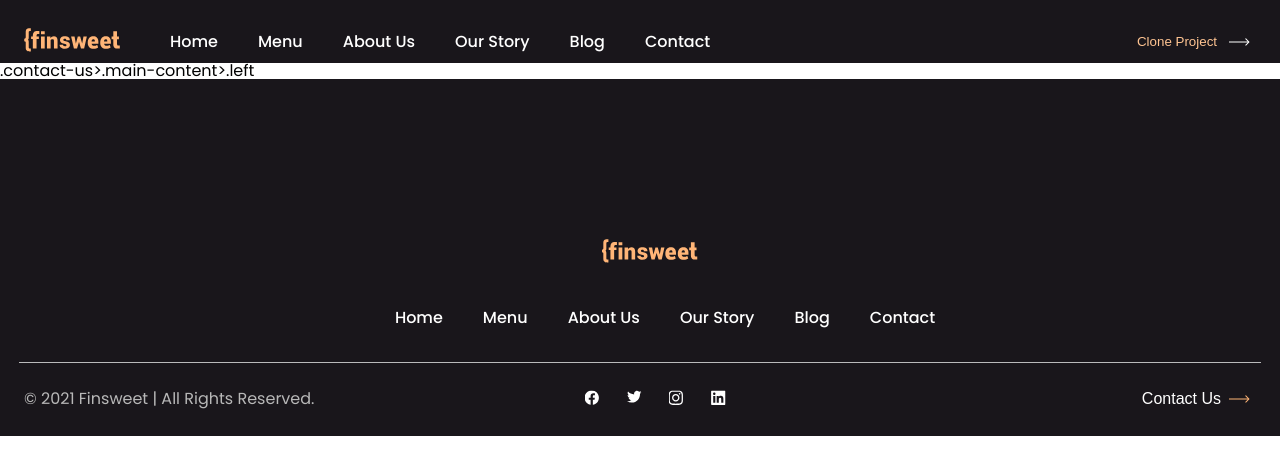
Repository: Minns-Cao/project-finsweet
Page: contact.html
The author's editor kept a copy of each file at every save. The page is drawn from the files as they stood at one save, then again after a run of saves.
The browser window is 1280 px wide. The pictures show the whole page.
Some web fonts or font styles are not loaded; a fallback is used.

Above is the page before, as saved 2023-05-05 13:40:20.

After the next 5 saves:
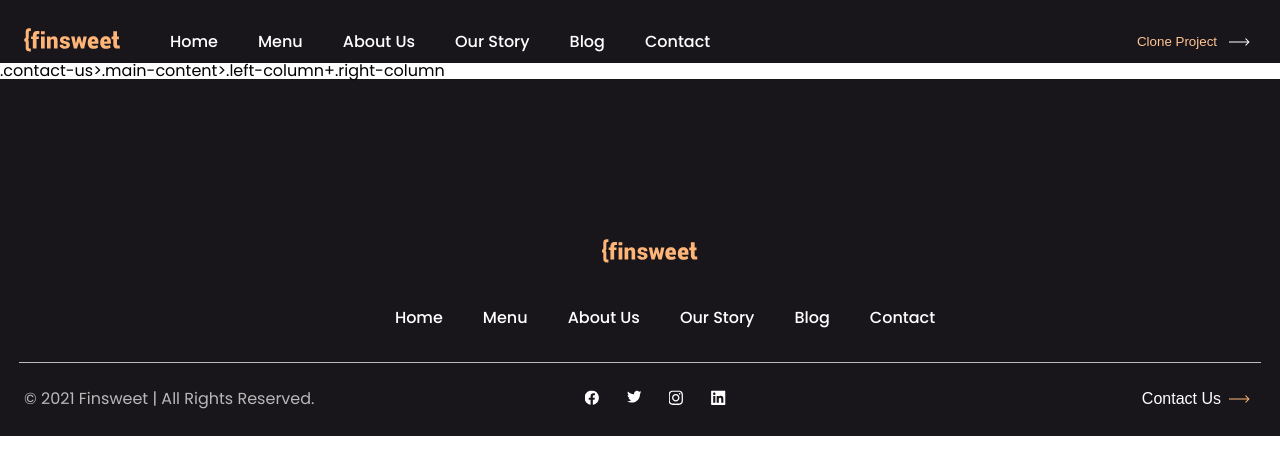
The 5 saves are shown as one change because they came seconds apart.
The last was saved 15 s later.
--- a/contact.html
+++ b/contact.html
@@ -140,7 +140,7 @@
         <!-- Main -->
         <main>
             <!-- contactUs -->
-            .contact-us>.main-content>.left
+            .contact-us>.main-content>.left-column+.right-column
         </main>
         <!-- Footer -->
         <footer class="footer">
